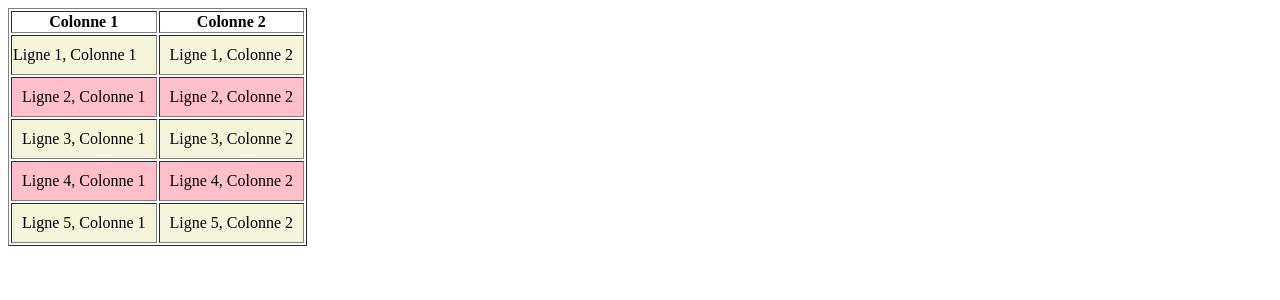
Repository: Chaimaa482/web-tp4
Page: ex1.html
An editor plug-in stored every save of this project. The page is shown before and after the next save, followed by the edit.
The browser window is 1280 px wide. The pictures show the whole page.

Above is the page before, as saved 2023-10-22 15:44:22.

### ex1.html
<!DOCTYPE html>
<html>
<head>
</head>
<body>
    <table id="myTable" border="1">
        <tr>
            <th>Colonne 1</th>
            <th>Colonne 2</th>
        </tr>
        <tr>
            <td>Ligne 1, Colonne 1</td>
            <td>Ligne 1, Colonne 2</td>
        </tr>
        <tr>
            <td>Ligne 2, Colonne 1</td>
            <td>Ligne 2, Colonne 2</td>
        </tr>
        <tr>
            <td>Ligne 3, Colonne 1</td>
            <td>Ligne 3, Colonne 2</td>
        </tr>
        <tr>
            <td>Ligne 4, Colonne 1</td>
            <td>Ligne 4, Colonne 2</td>
        </tr>
        <tr>
            <td>Ligne 5, Colonne 1</td>
            <td>Ligne 5, Colonne 2</td>
        </tr>
    </table>

    <script>
        var table = document.getElementById("myTable");
        var cells = table.getElementsByTagName("td");

        // Donner une couleur de fond rose aux lignes paires et beige aux lignes impaires
        var rows = table.querySelectorAll("tr");
        for (var i = 1; i < rows.length; i++) {
            if (i % 2 === 0) {
                rows[i].style.backgroundColor = "pink";
            } else {
                rows[i].style.backgroundColor = "beige";
            }
        }

        // Donner une classe col1 aux colonnes paires et col2 aux colonnes impaires
        var cellsCol1 = table.getElementsByClassName("col1");
        var cellsCol2 = table.getElementsByClassName("col2");
        for (var i = 0; i < cells.length; i++) {
            if (i % 2 === 0) {
                cells[i].className = "col1";
            } else {
                cells[i].className = "col2";
            }
        }

        // Augmenter le padding de toutes les cellules sauf celles de la première ligne
        for (var i = 1; i < cells.length; i++) {
            cells[i].style.padding = "10px";
        }
    </script>
</body>
</html>

After the next save:
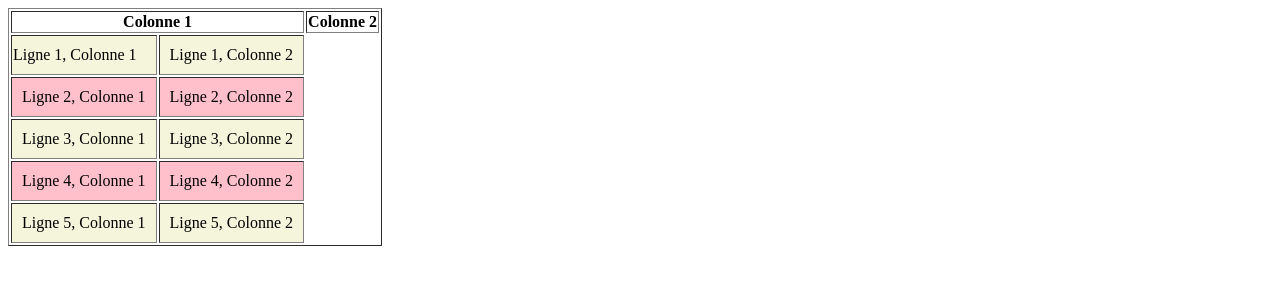
Saved 86 s later.
--- a/ex1.html
+++ b/ex1.html
@@ -33,6 +33,9 @@
     <script>
         var table = document.getElementById("myTable");
         var cells = table.getElementsByTagName("td");
+        var firstRow = table.rows[0];
+    var firstCell = firstRow.cells[0];
+    firstCell.colSpan = 2;
 
         // Donner une couleur de fond rose aux lignes paires et beige aux lignes impaires
         var rows = table.querySelectorAll("tr");
